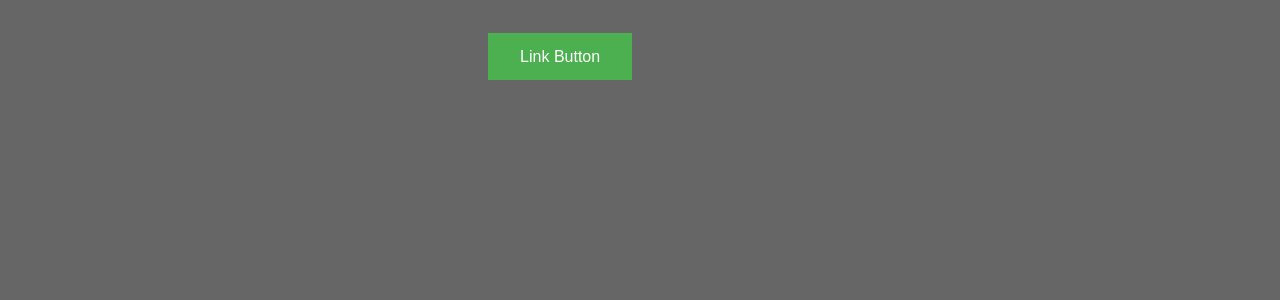
Repository: qudgns200/Toy_01_ToDoList
Page: http://localhost/ToDoList/jsp/mainForm.jsp
An editor plug-in stored every save of this project. The page is shown before and after the next save, followed by the edit.
The browser window is 1280 px wide. The pictures show the whole page.
The page is served by Tomcat 9. Nobody is signed in. The application's start-up code is not run. Other server files are loaded and not shown.

Above is the page before, as saved 2019-11-06 02:40:18.

### ToDoList/WebContent/jsp/mainForm.jsp
<%@ page language="java" contentType="text/html; charset=UTF-8"
    pageEncoding="UTF-8"%>
<%@ taglib prefix="c" uri="http://java.sun.com/jsp/jstl/core"%>
<!DOCTYPE html>
<html>
<head>
<meta charset="UTF-8">
<meta name="viewport" content="width=device-width">
<title>To-DO List</title>
<link href="css/custom.css" rel="stylesheet"/>
</head>
<body>
	<header>
    	<a href="writeForm.do" class="button" id="btnAdd">Link Button</a>
    </header>

    <section>
      <div id="todo">
        <ul>
	    	<c:forEach var="arr1" items="${arr1 }">
	    	  <li>
	        	<a href="#">
	            	<h2>${arr1.title }</h2>
	            	<p>${arr1.content }</p>
	            	<button class="button"></button>
	            </a>
	          </li>
	        </c:forEach>
        </ul>
      </div>

      <div id="doing">
        <ul>
          <c:forEach var="arr2" items="${arr2 }">
	    	  <li>
	        	<a href="#">
	            	<h2>${arr2.title }</h2>
	            	<p>${arr2.content }</p>
	            	<button class="button"></button>
	            </a>
	          </li>
	        </c:forEach>
        </ul>
      </div>

      <div id="done">
        <ul>
          <c:forEach var="arr3" items="${arr3 }">
	    	  <li>
	        	<a href="#">
	            	<h2>${arr3.title }</h2>
	            	<p>${arr3.content }</p>
	            	<button class="button"></button>
	            </a>
	          </li>
	        </c:forEach>
        </ul>
      </div>
    </section>
</body>
</html>

### ToDoList/WebContent/css/custom.css
*{
  margin:0;
  padding:0;
}
body{
  font-family:arial,sans-serif;
  font-size:100%;
  margin:3em;
  background:#666;
  color:#fff;
}
h2,p{
  font-size:100%;
  font-weight:normal;
}
ul,li{
  list-style:none;
}
ul{
  overflow:hidden;
  padding:3em;
}
ul li a{
  text-decoration:none;
  color:#000;
  background:#ffc;
  display:block;
  height:10em;
  width:15em;
  padding:1em;
}
ul li{
  margin:1em;
  float:left;
}

a button {
    width:20px;
    background-color: #f8585b;
    border: none;
    color:#fff;
    padding: 5px 0;
    margin: 4px;
    cursor: pointer;
    margin-top: 7em;
}

#btnAdd {
  background-color: #4CAF50;
  border: none;
  color: white;
  padding: 15px 32px;
  text-align: center;
  text-decoration: none;
  position:relative;
  top:50%;
  left:37%;
  font-size: 16px;
  margin: 4px 2px;
  cursor: pointer;
}

#todo {
  float:left;
  width: 33%;
}

#doing {
  float:left;
  width: 33%;
}

#done {
  float:right;
  width: 33%;
}

After the next save:
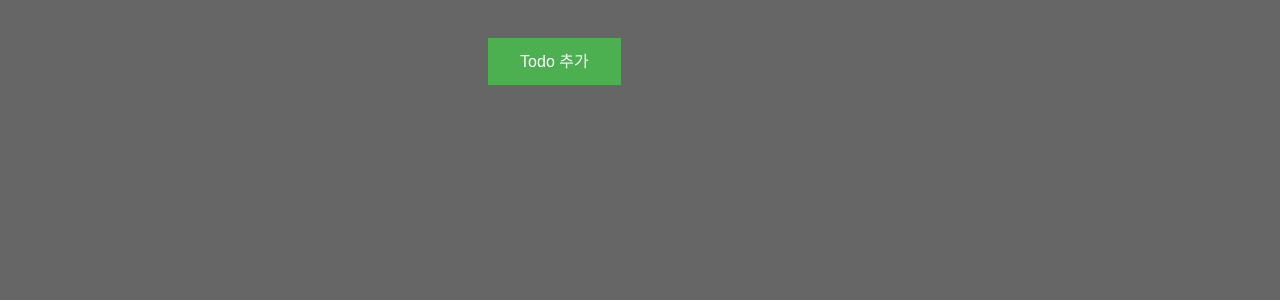
Saved 2 h 12 min later.
--- a/ToDoList/WebContent/jsp/mainForm.jsp
+++ b/ToDoList/WebContent/jsp/mainForm.jsp
@@ -11,7 +11,7 @@
 </head>
 <body>
 	<header>
-    	<a href="writeForm.do" class="button" id="btnAdd">Link Button</a>
+    	<a href="writeForm.do" class="button" id="btnAdd">Todo 추가</a>
     </header>
 
     <section>
